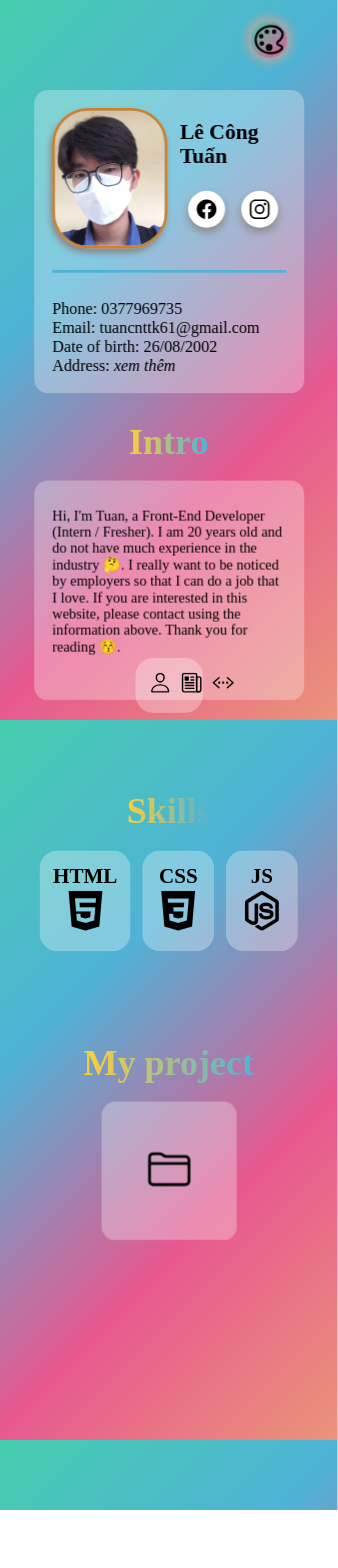
Repository: LeCongTuan2608/Profile
Page: index.html
An editor plug-in stored every save of this project. The page is shown before and after the next save, followed by the edit.
The browser window is 375 px wide. The pictures show the whole page, at 90% of full size.
Backgrounds fixed to the window are drawn as part of the page. The style sheet was rebuilt from its Sass, Less or Tailwind sources for each picture, by a compiler version that may differ from the author's.

Above is the page before, as saved 2022-05-05 12:41:46.

After the next save:
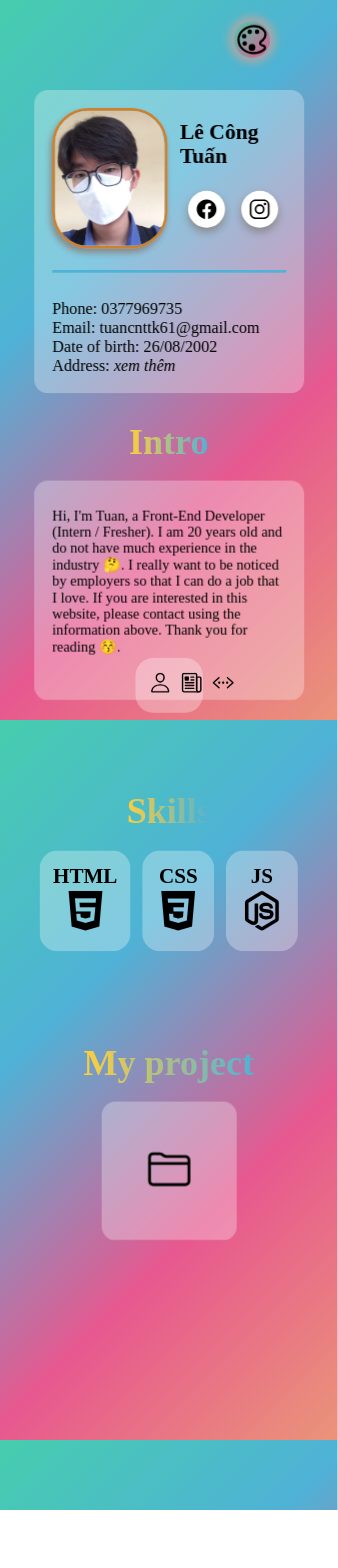
Saved 88 s later.
--- a/sass/style.scss
+++ b/sass/style.scss
@@ -444,7 +444,7 @@ background-color: #a5e296;
     .palette{
         position: fixed;
         top: 3%;
-        right: 15%;
+        right: 20%;
         font-size: 40px;
     }
 }
